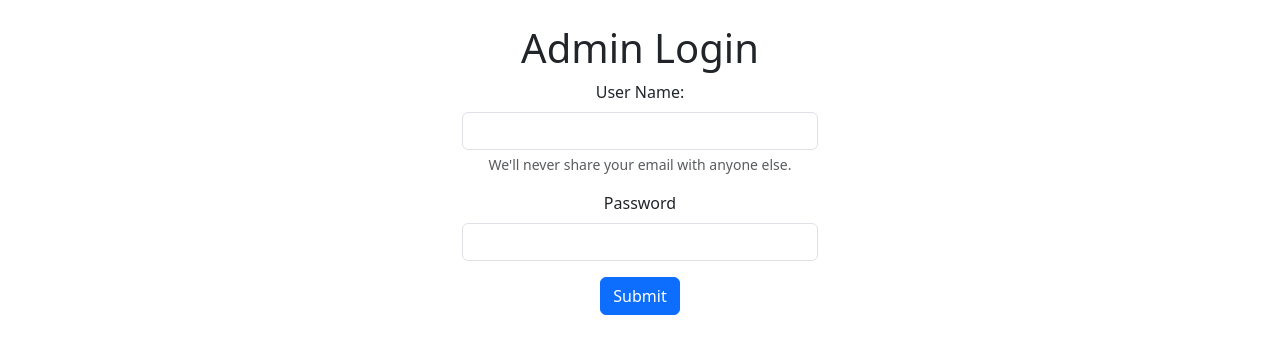
Repository: abhibagul/SimpliLearn-LearnersAcademy-Project
Page: LeanerAcademyProject/src/main/webapp/admin.html
The author's editor kept a copy of each file at every save. The page is drawn from the files as they stood at one save, then again after the next save.
The browser window is 1280 px wide. The pictures show the whole page.

Above is the page before, as saved 2023-01-10 11:27:12.

After the next save:
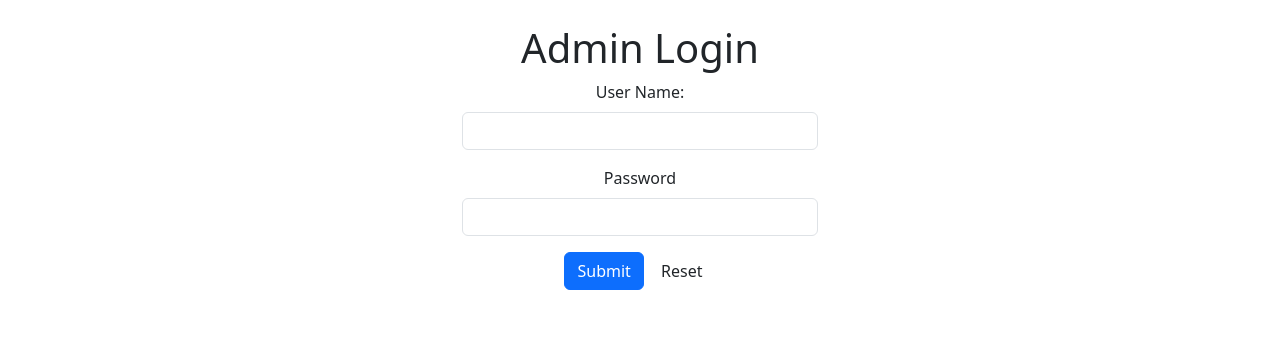
Saved 57 s later.
--- a/LeanerAcademyProject/src/main/webapp/admin.html
+++ b/LeanerAcademyProject/src/main/webapp/admin.html
@@ -15,14 +15,14 @@
 
   <div class="mb-3">
     <label for="exampleInputEmail1" class="form-label">User Name:</label>
-    <input type="text" class="form-control" id="exampleInputEmail1" aria-describedby="emailHelp">
-    <div id="emailHelp" class="form-text">We'll never share your email with anyone else.</div>
+    <input type="text" class="form-control" name="username">
   </div>
   <div class="mb-3">
     <label for="exampleInputPassword1" class="form-label">Password</label>
-    <input type="password" class="form-control" id="exampleInputPassword1">
+    <input type="password" class="form-control" name="password">
   </div>
   <button type="submit" class="btn btn-primary">Submit</button>
+  <button type="reset" class="btn">Reset</button>
   </div>
 </div>
 </form>
